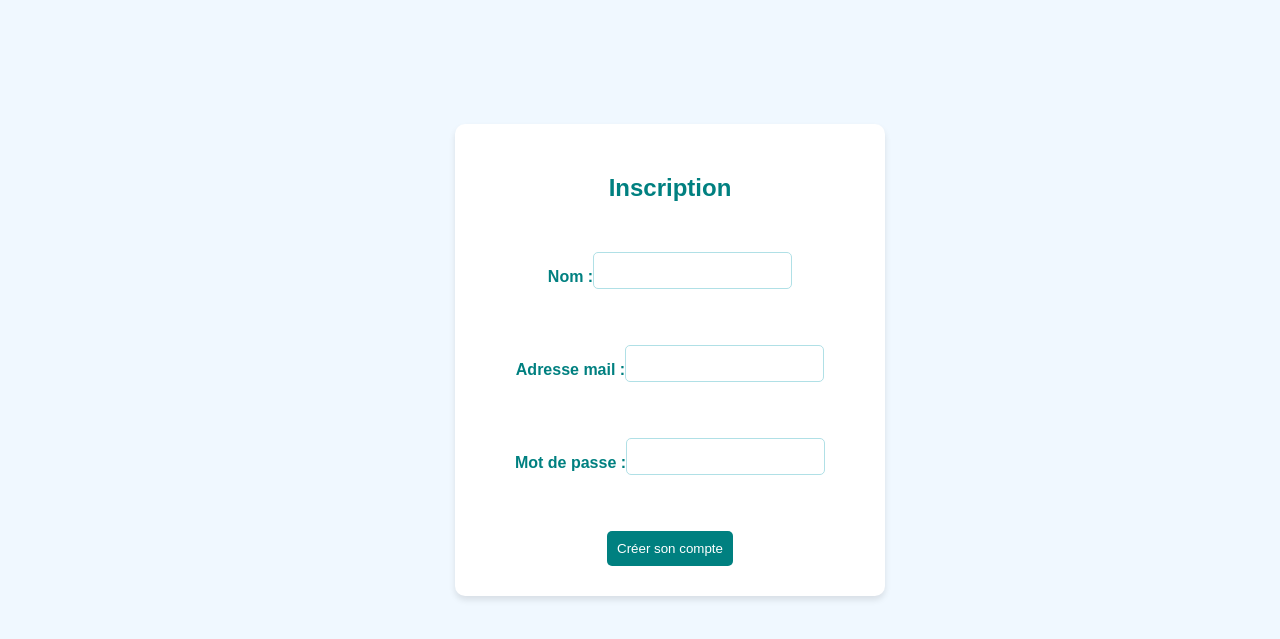
Repository: marwaouahouah1/OdysseyOfMemories
Page: /SignUpUser (app in frontend/)
An editor plug-in stored every save of this project. The page is shown before and after the next save, followed by the edit.
The browser window is 1280 px wide. The pictures show the whole page.
The project was rebuilt for these pictures with package versions that can differ from the ones it lists, and the page was loaded fresh each time. Also part of the build but not shown: frontend/src/Connexion/Login.js, frontend/src/App.js, frontend/src/Profile/Profile.js.

Above is the page before, as saved 2023-04-01 17:43:08.

### frontend/src/index.js
import React from 'react';
import ReactDOM from 'react-dom/client';
import App from './App';
import reportWebVitals from './reportWebVitals';
import SignUpUser from './SignUp/SignUpUser';
import Login from './Connexion/Login';
import Profile from './Profile/Profile'
import { BrowserRouter, Routes, Route } from "react-router-dom";

const root = ReactDOM.createRoot(document.getElementById('root'));
root.render(
  <React.StrictMode>
    <BrowserRouter>
       <Routes>
        <Route path="/" element={<App/>} />
        <Route path="/SignUpUser" element={<SignUpUser/>}/>
        <Route path="/Login" element={<Login/>}/>
        <Route path="/Profile" element={<Profile/>}></Route>
      </Routes>
    </BrowserRouter>
  </React.StrictMode>
);

// If you want to start measuring performance in your app, pass a function
// to log results (for example: reportWebVitals(console.log))
// or send to an analytics endpoint. Learn more: https://bit.ly/CRA-vitals
reportWebVitals();

### frontend/src/SignUp/SignUpUser.js
import React, { useState } from 'react';
import "./signupuser.css"

function SignUpUser() {

  const [name, setName] = useState('');
  const [email, setEmail] = useState('');
  const [password, setPassword] = useState('');
  const [message, setMessage] = useState("");

  const handleSubmit = (event) => {
    event.preventDefault();
    fetch('SignUpUser', {
      method: 'POST',
      headers : {
        'Content-Type': 'application/json',
        'Accept': 'application/json'
      },
      body: JSON.stringify({ name, email, password })
    })
      .then(response => response.json())
      .then(data => {
        setMessage(data.message);
        console.log(data)
        console.log("test")
      });
  };

  return (
    <div className="signup-container">

    <div className='app'>
    <span style={{textAlign:"center", marginBottom:"20px"}}><h2>Inscription</h2></span>

    <form onSubmit={handleSubmit}>
      <label>
        <p>Nom :</p>
        <input
          type="text"
          value={name}
          onChange={(event) => setName(event.target.value)}
        />
      </label>
      <br /><br />
      <label>
        <p>Adresse mail :</p>
        <input
          type="email"
          value={email}
          onChange={(event) => setEmail(event.target.value)}
        />
      </label>
      <br /><br />
      <label>
        <p>Mot de passe :</p>
        <input
          type="password"
          value={password}
          onChange={(event) => setPassword(event.target.value)}
        />
      </label>
      <br /><br />
      <button type="submit">Créer son compte</button>
    </form>
    {/* Affichage du message de confirmation */}
    {message && <p>{message}</p>}
    </div>
    </div>

  );
}

export default SignUpUser;

### frontend/src/SignUp/signupuser.css
body {
    background-color: #f0f8ff;
    margin: 0;
    display: flex;
    justify-content: center;
    align-items: center;
    height: 100vh;
    font-family: Arial, sans-serif;
  }


.signup-container {
    width: 100%;
    max-width: 400px;
    background-color: #ffffff;
    padding: 30px;
    border-radius: 10px;
    box-shadow: 0 4px 6px rgba(0, 0, 0, 0.1);
  }


  h2 {
    color: #008080;
  }

  form {
    display: flex;
    flex-direction:column;
    align-items: center;
    margin-top: 50px;
    width: ;
  }


  label {
    color: #008080;
    font-weight: bold;
  }

  input {
    padding: 10px;
    border: 1px solid #b0e0e6;
    border-radius: 5px;
    margin-bottom: 20px;
  }

  button {
    background-color: #008080;
    color: white;
    border: none;
    border-radius: 5px;
    padding: 10px;
    cursor: pointer;
    transition: all 0.3s ease-in-out;
  }

  button:hover {
    background-color: #006666;
  }

  form label {
    display: flex;
    justify-content: space-between;
  }

Loaded but not shown: frontend/public/index.html (common file); frontend/src/reportWebVitals.js (common file); frontend/src/Profile/profile.css (no stored copy; drawn as an empty file)

After the next save:
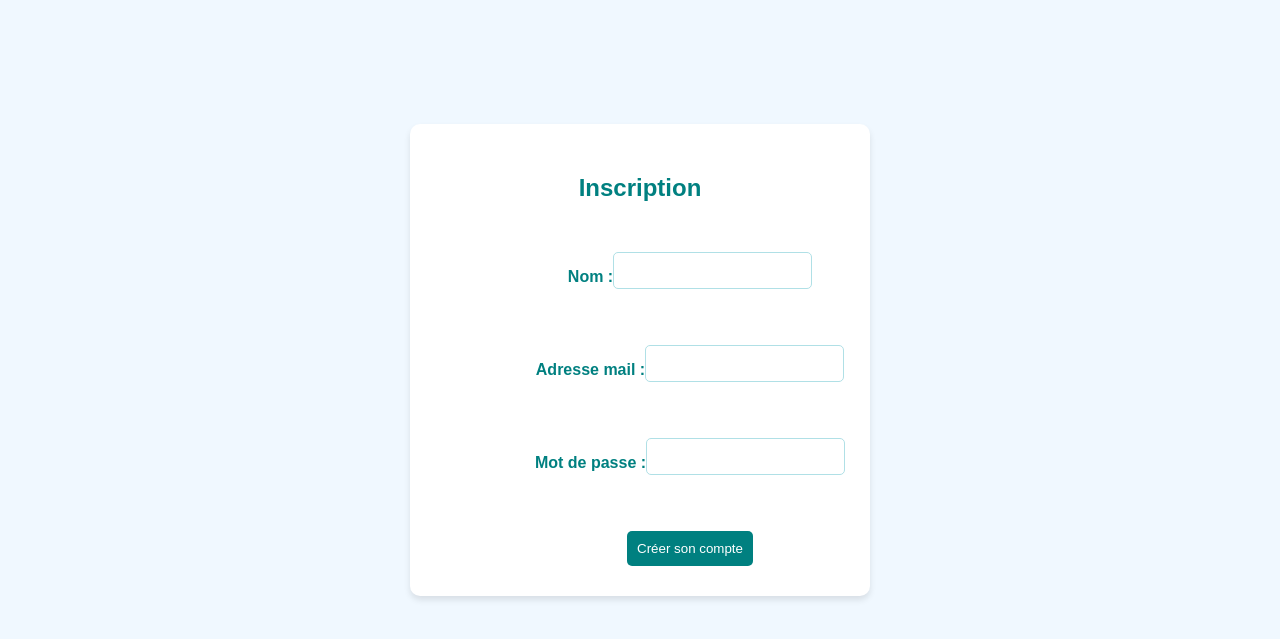
Saved 7 s later.
--- a/frontend/src/SignUp/signupuser.css
+++ b/frontend/src/SignUp/signupuser.css
@@ -28,7 +28,7 @@
     flex-direction:column;
     align-items: center;
     margin-top: 50px;
-    width: ;
+    width: 500px;
   }
 
 

After the save that followed:
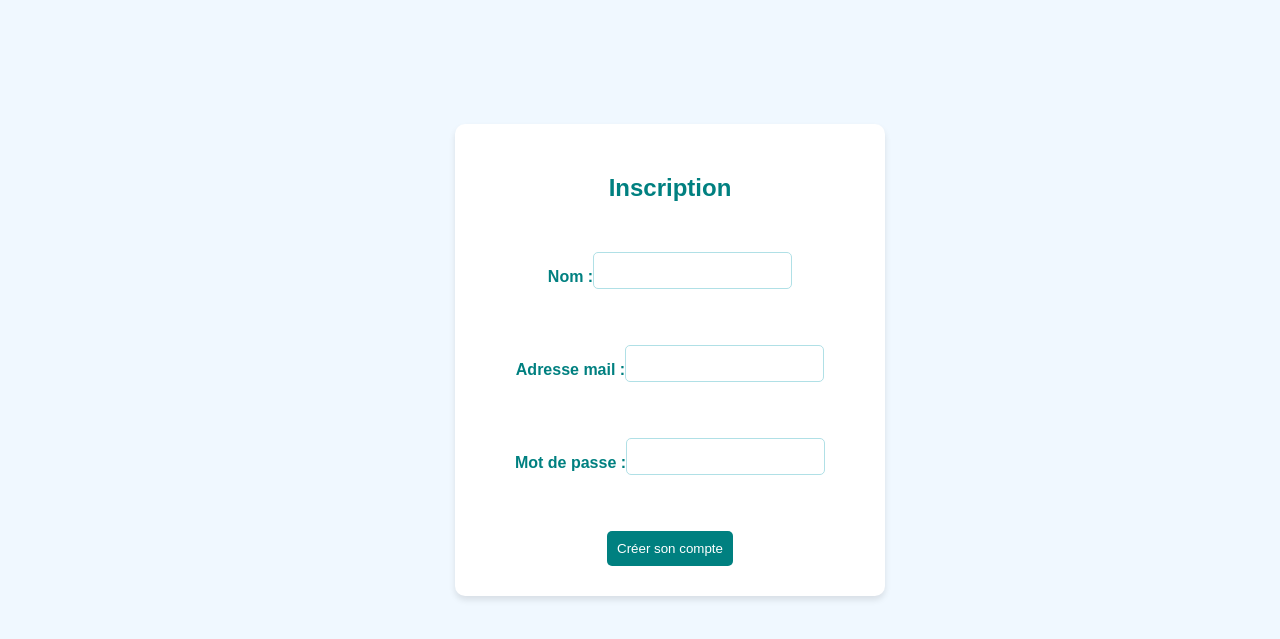
Saved 7 s later.
--- a/frontend/src/SignUp/signupuser.css
+++ b/frontend/src/SignUp/signupuser.css
@@ -28,7 +28,6 @@
     flex-direction:column;
     align-items: center;
     margin-top: 50px;
-    width: 500px;
   }
 
 
